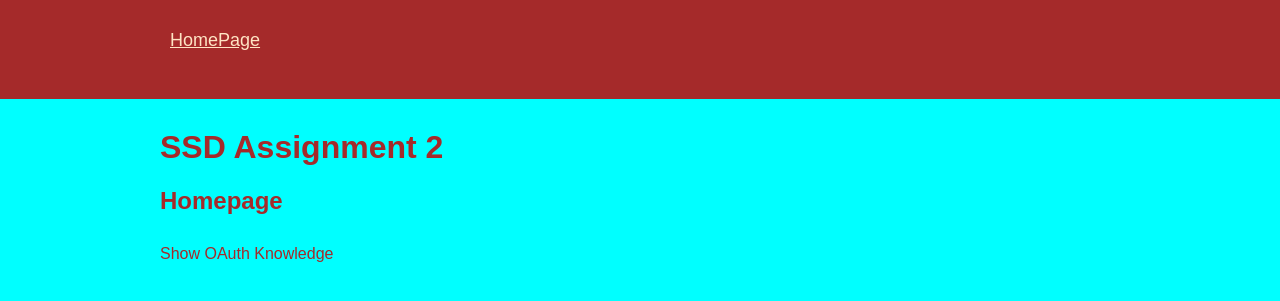
Repository: RISBandara/Oauth2-Assignment2
Page: http://localhost/
The author's editor kept a copy of each file at every save. The page is drawn from the files as they stood at one save, then again after the next save.
The browser window is 1280 px wide. The pictures show the whole page.
The page is served by the project's Node server (app.js).

Above is the page before, as saved 2019-09-11 09:11:23.
Not found: Oauth/public/css/style.css

### Oauth/views/home.ejs
<!DOCTYPE html>
<html>
    <head>
        <meta charset="utf-8">
        <title>SSD Assignment 2</title>
        <link rel="stylesheet" href="./public/css/style.css" type="text/css">
        <style>
            body{
    font-family: Arial, Helvetica, sans-serif;
    margin: 0;
    background-color: aqua;
}
nav{
    background-color: brown;
    padding: 20px 10px;
}

nav ul{
max-width: 960px;
margin: 0 auto;
padding: 0;
}
nav li{
    list-style-type: none ;
    display: inline;
    margin: 0 10px 0 0;
}
nav a{
    display: block;
    padding: 10px;
    font-size: 18px;
    color: bisque;
}

main ,header{
    max-width: 960px;
    margin: 30px auto;
    padding: 0 10px;
    color: brown;
}
        </style>
    </head>

    <body>
        <nav>
            <ul>
                <li><a href="/">HomePage</a></li>
            </ul>
        </nav>
        <header>
            <h1>SSD Assignment 2</h1>
            <h2>Homepage</h2>
        </header>
        <main>
            <p>Show OAuth Knowledge</p>
        </main>
    </body>
</html>

### Oauth/app.js
const express = require('express');

const app = express();

//set view engine
app.set('view engine','ejs');

//create route
app.get('/',(req,res) =>{

    res.render('home.ejs');
});

//port
app.listen(3000,()=>{
    console.log('started in 3000');
})

After the next save:
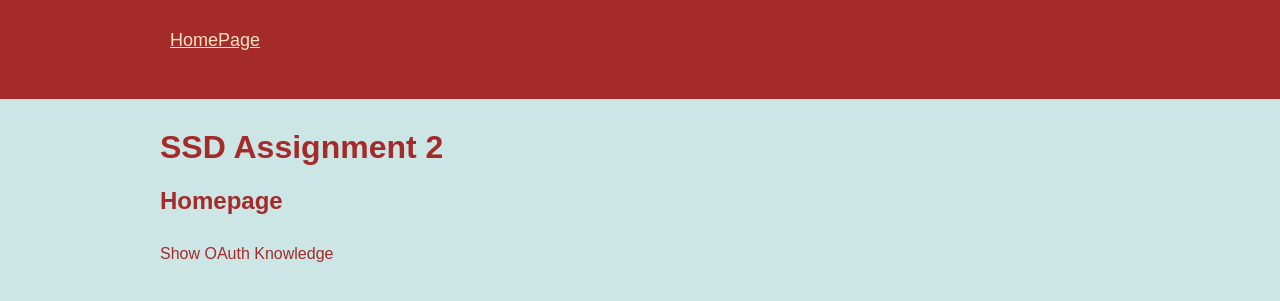
Saved 52 s later.
--- a/Oauth/views/home.ejs
+++ b/Oauth/views/home.ejs
@@ -3,12 +3,11 @@
     <head>
         <meta charset="utf-8">
         <title>SSD Assignment 2</title>
-        <link rel="stylesheet" href="./public/css/style.css" type="text/css">
         <style>
             body{
     font-family: Arial, Helvetica, sans-serif;
     margin: 0;
-    background-color: aqua;
+    background-color: rgb(204, 230, 230);
 }
 nav{
     background-color: brown;
